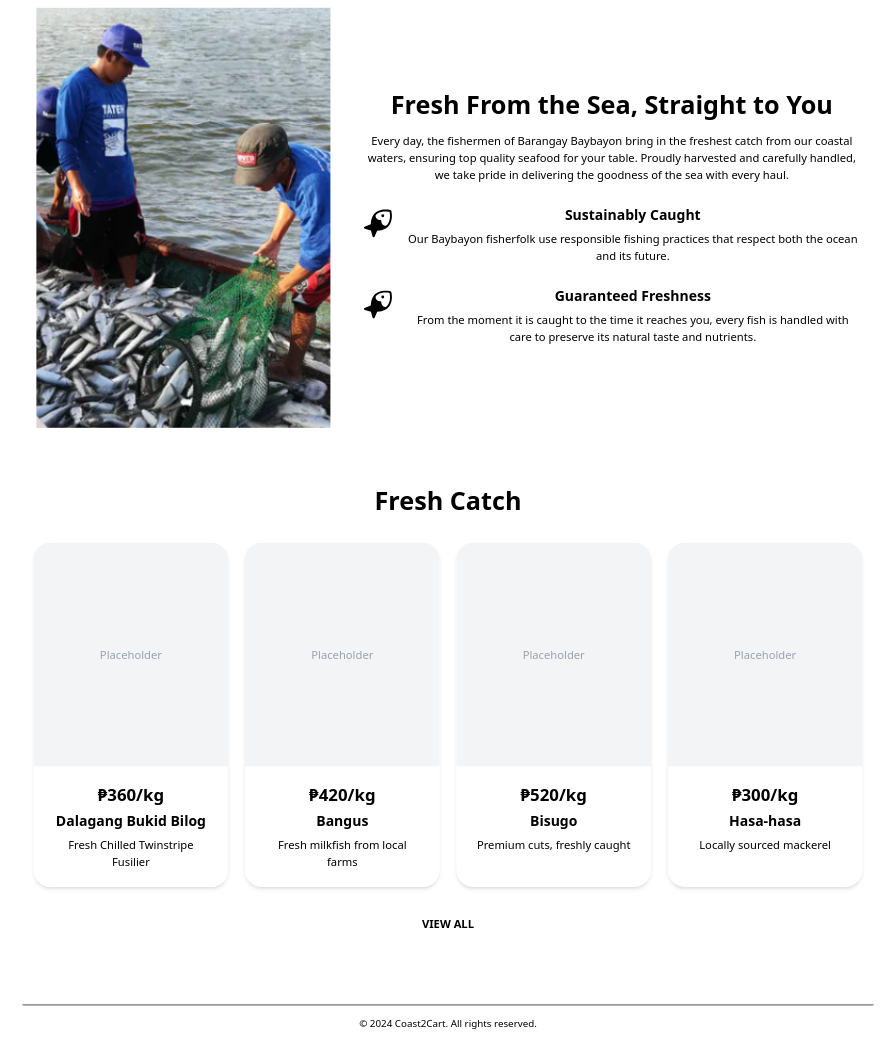
Repository: Coast2Card/coast2cart-frontend
Page: /
The author's editor kept a copy of each file at every save. The page is drawn from the files as they stood at one save, then again after the next save.
The browser window is 1280 px wide. The pictures show the part of the page from y = 1433 to 3353 px (the page is 2953 px tall before and 3353 px after), at 70% of full size.
The project was rebuilt for these pictures with package versions that can differ from the ones it lists, and the page was loaded fresh each time. Also part of the build but not shown: vite.config.js, src/pages/Seafood.jsx, src/pages/Souvenirs.jsx, src/pages/About.jsx, src/pages/Cart.jsx, src/pages/Profile.jsx, src/pages/Colors.jsx.

Above is the page before, as saved 2025-09-08 14:11:58.

After the next save:
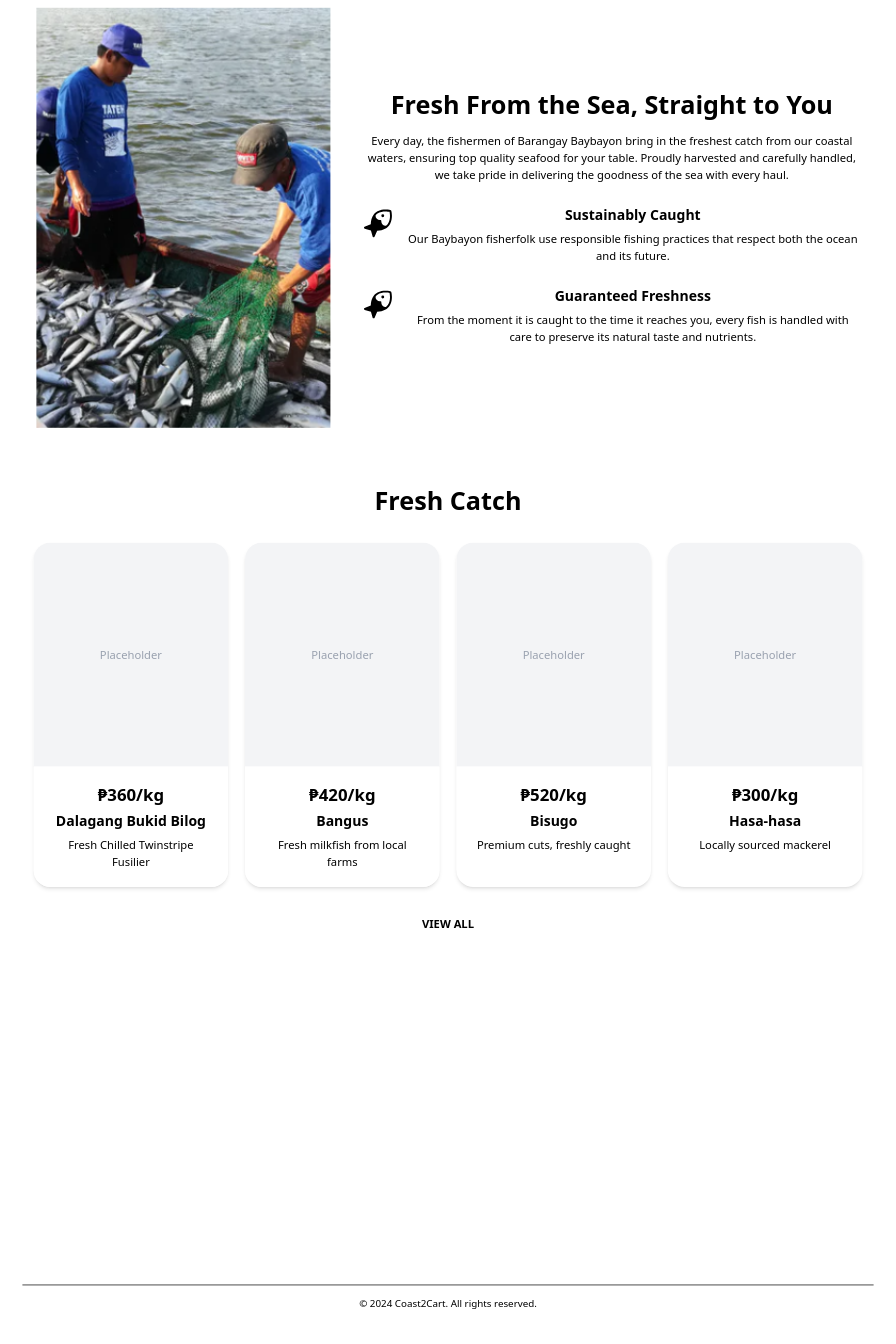
Saved 4 s later.
--- a/src/pages/Home.jsx
+++ b/src/pages/Home.jsx
@@ -73,7 +73,7 @@ const Home = () => {
         <HomeGallery />
         <HomeFreshCatch />
       </section>
-      <section className="flex bg-primary g-100 w-full">
+      <section className="flex bg-primary h-100 w-full">
         <div className="min-w-100 max-w-150"></div>
         <div className="flex-1"></div>
       </section>
